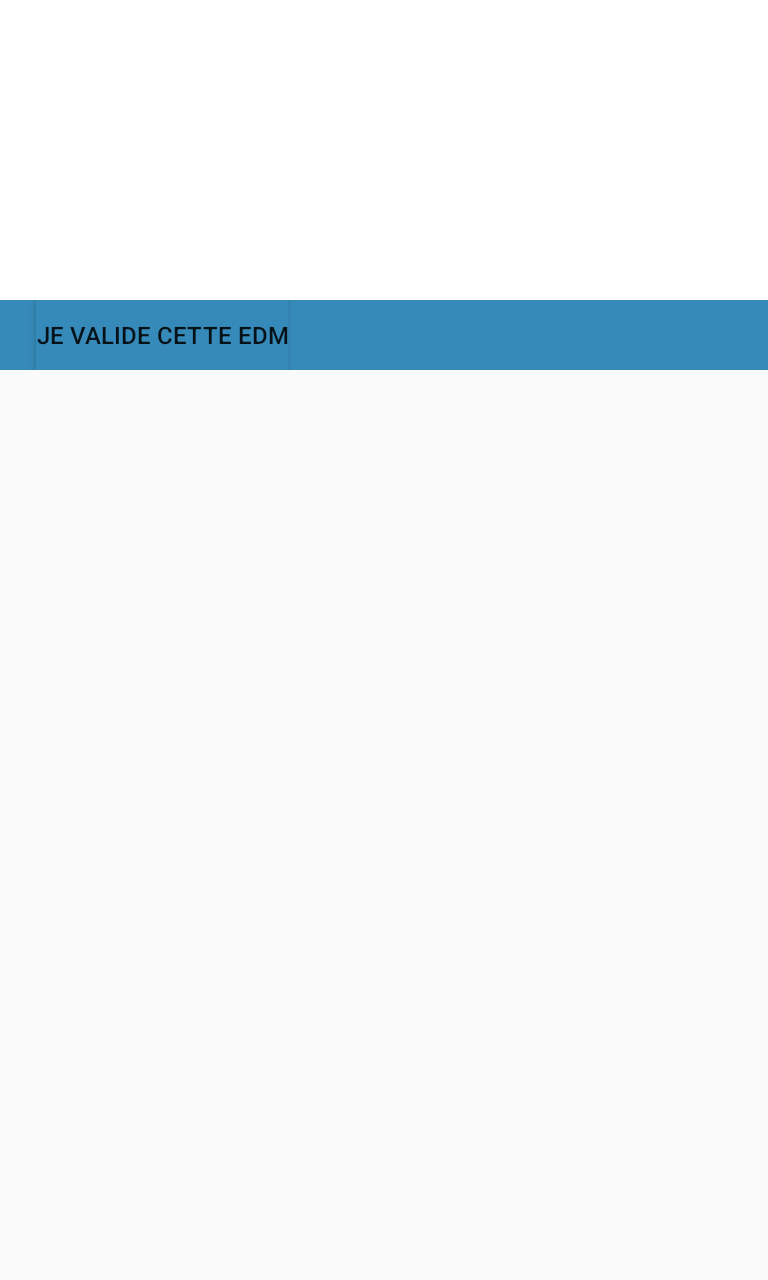
Repository: pierrealexvezinet/excusedemerde
Layout: edm/res/layout/edm_textview_layout.xml
An editor plug-in stored every save of this project. The layout is shown before and after the next save, followed by the edit.
It is drawn on a 768 x 1280 px phone screen (xhdpi) without system bars, with theme Theme.AppCompat.Light; the app's code is not run.

Above is the layout before, as saved 2014-02-23 02:39:39.

### edm/res/layout/edm_textview_layout.xml
<?xml version="1.0" encoding="utf-8"?>
<LinearLayout xmlns:android="http://schemas.android.com/apk/res/android"
    android:id="@+id/edm_accueil_llt"
    android:layout_width="match_parent"
    android:layout_height="match_parent"
    android:orientation="vertical" >

    <RelativeLayout
        android:layout_width="match_parent"
        android:layout_height="150dp"
        android:background="@color/edm_blue_dark_background"
        android:orientation="vertical" >

        <TextView
            android:id="@+id/tv_edm_post"
            android:layout_width="match_parent"
            android:layout_height="match_parent"
            android:background="#FFFFFF"
            android:gravity="center_vertical"
            android:minHeight="?android:attr/listPreferredItemHeight"
            android:paddingLeft="6dip"
            android:textAppearance="?android:attr/textAppearanceLarge"
            android:textColor="#000000"
            android:textSize="12sp" />


         <TextView
            android:id="@+id/tv_edm_nb_like"
            android:layout_width="match_parent"
            android:layout_height="match_parent"
            android:background="#FFFFFF"
            android:gravity="center_vertical"
            android:minHeight="?android:attr/listPreferredItemHeight"
            android:paddingLeft="6dip"
            android:textAppearance="?android:attr/textAppearanceLarge"
            android:textColor="#000000"
            android:textSize="12sp" />
    </RelativeLayout>

    <RelativeLayout
        android:layout_width="match_parent"
        android:layout_height="35dp"
        android:background="@color/btn_forum_color"
        android:orientation="vertical" >

        <RelativeLayout
            android:layout_width="match_parent"
            android:layout_height="match_parent"
            android:background="@color/edm_blue_dark_background"
            android:gravity="left" >

            <TextView
                android:id="@+id/tv_edm_post_date"
                android:layout_width="wrap_content"
                android:layout_height="fill_parent"
                android:gravity="center"
                android:minHeight="?android:attr/listPreferredItemHeight"
                android:paddingLeft="6dip"
                android:textAppearance="?android:attr/textAppearanceLarge"
                android:textColor="@color/white"
                android:textSize="12sp" />

            <TextView
                android:id="@+id/tv_edm_post_hour"
                android:layout_width="wrap_content"
                android:layout_height="fill_parent"
                android:layout_toRightOf="@id/tv_edm_post_date"
                android:gravity="center_vertical"
                android:minHeight="?android:attr/listPreferredItemHeight"
                android:paddingLeft="6dip"
                android:textAppearance="?android:attr/textAppearanceLarge"
                android:textColor="@color/white"
                android:textSize="12sp" />

            <TextView
                android:id="@+id/tv_edm_post_auteur"
                android:layout_width="wrap_content"
                android:layout_height="fill_parent"
                android:layout_toRightOf="@+id/tv_edm_post_hour"
                android:gravity="center_vertical"
                android:minHeight="?android:attr/listPreferredItemHeight"
                android:paddingLeft="6dip"
                android:textAppearance="?android:attr/textAppearanceLarge"
                android:textColor="@color/white"
                android:textSize="12sp" />

            <Button
                android:id="@+id/bt_valider_edm"
                android:layout_width="wrap_content"
                android:layout_height="wrap_content"
                android:layout_alignParentTop="true"
                android:layout_toRightOf="@+id/tv_edm_post_auteur"
                android:background="@color/edm_blue_dark_background"
                android:text="@string/text_btn_valider_edm"
                android:textSize="12sp" />
        </RelativeLayout>
    </RelativeLayout>

</LinearLayout>

### edm/res/values/colors.xml
<?xml version="1.0" encoding="utf-8"?>
<resources>

    <color name="edm_blue_background" >#AAD2E9</color>
    <color name="edm_blue_dark_background">#368ABA</color>
    <color name="btn_accueil_color">#D98E20</color>
    <color name="btn_forum_color">#97AC72</color>
    <color name="btn_shopping_color">#EA877B</color>
    <color name="btn_account_color">#D0AEC6</color>
    <color name="btn_pipotek_color">#C6CAFB</color>
    <color name="btn_parametres_color">#B877D6</color>


    <color name="bg_start">#000000</color>
    <color name="bg_end">#293436</color>
    <color name="bg_mentions_start">#529d07</color>
    <color name="bg_mentions_end">#d3ff00</color>
    <color name="bg">#FFF</color>
    <color name="bg_dialog">#adadad</color>
    <color name="catalog_titlebar_background">#60ab21</color>
    <color name="reduction_titlebar_background">#60ab21</color>
    <color name="menu_background">#FFF</color>
    <color name="menu_background_selected">#888</color>
    <color name="bg_selectedcell">#3C3A3A</color>
    <color name="bt_text">#352a26</color>
    <color name="text_info">#999999</color>
    <color name="text_green">#ADCB10</color>
    <color name="text_black">#000000</color>
    <color name="text_lightgrey">#989898</color>
    <color name="text_grey">#888888</color>
    <color name="blanc">#FFFFFF</color>
    <color name="white">#FFFFFF</color>
    <color name="debug">#33FF0000</color>
    <color name="debug2">#3300FF00</color>
    <color name="translucent_black">#AA000000</color>
    <color name="transparent">#00000000</color>
    <color name="pink">#D3007E</color>
    <color name="red">#F00</color>
    <color name="background">#88000000</color>
    <color name="pense_bete_text">#000000</color>
    <color name="my_list_parent_text">#181947</color>
    <color name="edm_green">#83af0b</color>
    <color name="edm_green_tap">#9eca32</color>
    <color name="edm_green_translucent">#CC83af0b</color>
    <color name="edm_green_translucent_tap">#CC9eca32</color>
    <color name="edm_pink">#cb0081</color>
    <color name="edm_pink_tap">#FF82C6</color>
    <color name="edm_pink_translucent">#CCcb0081</color>
    <color name="edm_pink_translucent_tap">#CCFF82C6</color>
    <color name="edm_white_translucent">#CCFFFFFF</color>
    <color name="edm_black_translucent">#CC000000</color>
    <color name="edm_grey_solid">#6f6d6d</color>
    <color name="edm_orange">#ff6c00</color>
    <color name="edm_light_orange">#ff912C</color>
    <color name="edm_white_cream">#efeae8</color>
    <color name="edm_cream_button">#f2eeec</color>
    <color name="edm_light_grey">#ccc2be</color>
    <color name="edm_black">#181947</color>
    <color name="edm_dark_grey">#a5918a</color>
    <color name="edm_dark_grey_translucent">#CCa5918a</color>
    <color name="edm_button_gray_text">#a5918a</color>
    <color name="edm_button_gray_background">#CCefeae8</color>
    <color name="edm_button_gray_deactivated_text">#efeae8</color>
    <color name="edm_button_gray_deactivated_background">#CCffffff</color>

</resources>

### edm/res/values/strings.xml
<?xml version="1.0" encoding="utf-8"?>
<resources>

    <!-- EDM GENERAL -->
    <string name="app_name">Excuse de merde</string>
    <string name="action_settings">Settings</string>
    <string name="drawer_open">Drawer ouvert</string>
    <string name="drawer_closed">Drawer fermé</string>
    <string name="ac_refresh">Refresh</string>

    <!-- EDM ALERT DIALOG PARAMETRES MES EDMS -->
    <string name="title_alert_dialog_retour_accueil">Information</string>
    <string name="button_valid_retour_accueil">Retourner à l\'accueil</string>
    <string name="message_aucunes_edms_utilisateur">Vous n\'avez pas d\'EDMs.</string>
    <string name="message_pas_connecte_voir_edms">Vous devez être connécté pour voir vos EDMs.</string>

    <!-- EDM ALERT DIALOG EDM FRAGMENT ACTIVITY CONNECTE POUR POSTER EDM -->
    <string name="title_alert_dialog_retour_to_post_edm">Attention</string>
    <string name="button_connect_me">Me connecter !</string>
    <string name="message_pas_connecte">Vous devez être connecté pour pouvoir poster des EDMs.</string>

    <!-- EDM MES EDMS -->
    <string name="app_name_mes_edms">Mes EDMs</string>

    <!-- EDM CLASSEMENT TOP TEN DES MYTHOS -->
    <string name="app_name_top_ten_des_mythos">Top 10 des mythos</string>

    <!-- EDM PROGRESS BAR -->
    <string name="chargement_en_cours">Chargement en cours</string>
    <string name="merci_de_patienter">Merci de patienter</string>

    <!-- EDM AUTHENTICATION -->
    <string name="app_name_authentication">Authentification</string>

    <!-- EDM ACCUEIL -->
    <string name="app_name_accueil">Accueil</string>

    <!-- EDM POSTER EDM -->
    <string name="app_name_poster_edm">Poster une EDM</string>
    <string name="poster_edm_bt">Poster une EDM</string>
    <string name="text_edm_to_post">Votre EDM se tape ici ...</string>
    <string name="text_edm_posted_with_succes">Votre EDM a été postée avec succès</string>
    <string name="text_btn_valider_edm">Je valide cette EDM</string>

    <!-- EDM ACCOUNT -->
    <string name="lieu_residence_user">Lieu de résidence :</string>
    <string name="civilite_user">Civilité :</string>
    <string name="date_naissance_user">Date de naissance :</string>
    <string name="visite_du_profil_user">Visite(s) du profil :</string>
    <string name="nb_commentaire_user">Commentaires :</string>
    <string name="nb_edms_user">Nombre de EDMs :</string>
    <string name="ma_photo">Ma photo :</string>
    <string name="non_renseigne">Aucun(e)</string>
    <string name="editer_profil">Editer mon profil</string>
    <string name="user_photo">user photo</string>

    <!-- EDM ROI DES MYTHOS -->
    <string name="app_name_roi_des_mythos">Roi des mythos</string>
    <string name="afficher_profil_roi_des_mythos">Afficher le profil</string>
    <string name="user_ne_souhaite_pas_partager_son_profil">Cet utilisateur n\'a pas souhaité partager les informations le concernant.</string>
    <string name="profil_user_hidden">Profil utlisateur caché</string>

    <!-- EDM EDIT ACCOUNT -->
    <string name="app_name_edition_profil">Edition profil</string>
    <string name="edit_civilite_user">Civilite</string>
    <string name="edit_date_de_naissance_user">Date de naissance</string>
    <string name="edit_ville_user">Résidence</string>
    <string name="edit_statut_user">Statut</string>
    <string name="edit_pays_user">Pays</string>
    <string name="edit_fuseau_user">user photo</string>
    <string name="edit_a_propos_user">A propos</string>
    <string name="edit_changer_photo_user">Avatar</string>
    <string name="edit_cacher_profil_user">Cacher Profil</string>
    <string name="valider_edition_edm">Valider</string>
    <string name="profil_mis_a_jour">Votre profil a correctement été mis à jour</string>

    <!-- EDM MENU DRAWER -->
    <string name="app_name_account">Mon Compte</string>
    <string name="drawer_menu_item_accueil">Accueil</string>
    <string name="drawer_menu_item_Forum">Forum</string>
    <string name="drawer_menu_item_Boutique">Boutique</string>
    <string name="drawer_menu_item_mon_compte">Mon compte</string>
    <string name="drawer_menu_item_pipotek">Pipotek</string>
    <string name="drawer_menu_item_parametres">Paramètres</string>

    <!-- EDM GENERAL -->


    <!-- EDM LOGIN -->
    <string name="pseudo_edm">Pseudo</string>
    <string name="password_edm">Mot de passe</string>
    <string name="remind_me_edm">Se souvenir de moi</string>
    <string name="connexion_edm">Connexion</string>

    <!-- EDM PARAMETRES -->
    <string name="app_name_parameters">Plus</string>
    <string name="mon_compte">MON COMPTE</string>
    <string name="forum">FORUM</string>
    <string name="boutique">BOUTIQUE</string>
    <string name="luminosite">LUMINOSITE</string>
    <string name="deconnexion">DECONNEXION</string>

    <!-- QUITTER EDM -->

    <string name="warning">Attention</string>
    <string name="quitt_edm_application">Souhaitez-vous vraiment quitter EDM ?</string>

</resources>

After the next save:
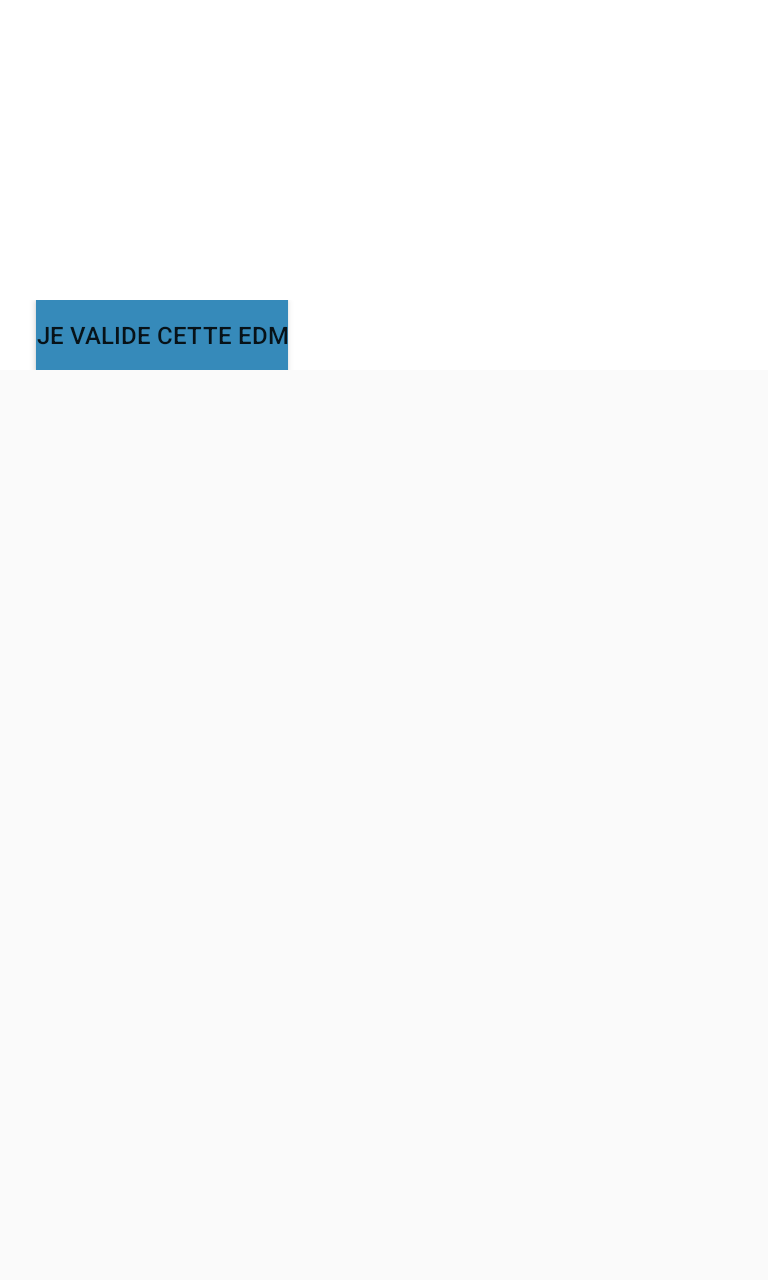
Saved 45 s later.
--- a/edm/res/layout/edm_textview_layout.xml
+++ b/edm/res/layout/edm_textview_layout.xml
@@ -23,18 +23,6 @@
             android:textColor="#000000"
             android:textSize="12sp" />
 
-
-         <TextView
-            android:id="@+id/tv_edm_nb_like"
-            android:layout_width="match_parent"
-            android:layout_height="match_parent"
-            android:background="#FFFFFF"
-            android:gravity="center_vertical"
-            android:minHeight="?android:attr/listPreferredItemHeight"
-            android:paddingLeft="6dip"
-            android:textAppearance="?android:attr/textAppearanceLarge"
-            android:textColor="#000000"
-            android:textSize="12sp" />
     </RelativeLayout>
 
     <RelativeLayout
@@ -93,6 +81,20 @@
                 android:background="@color/edm_blue_dark_background"
                 android:text="@string/text_btn_valider_edm"
                 android:textSize="12sp" />
+
+
+          <TextView
+            android:id="@+id/tv_edm_nb_like"
+            android:layout_width="match_parent"
+            android:layout_height="match_parent"
+            android:background="#FFFFFF"
+            android:gravity="center_vertical"
+            android:minHeight="?android:attr/listPreferredItemHeight"
+            android:paddingLeft="6dip"
+            android:textAppearance="?android:attr/textAppearanceLarge"
+            android:textColor="#000000"
+            android:textSize="12sp" />
+
         </RelativeLayout>
     </RelativeLayout>
 

After the 2 saves that followed:
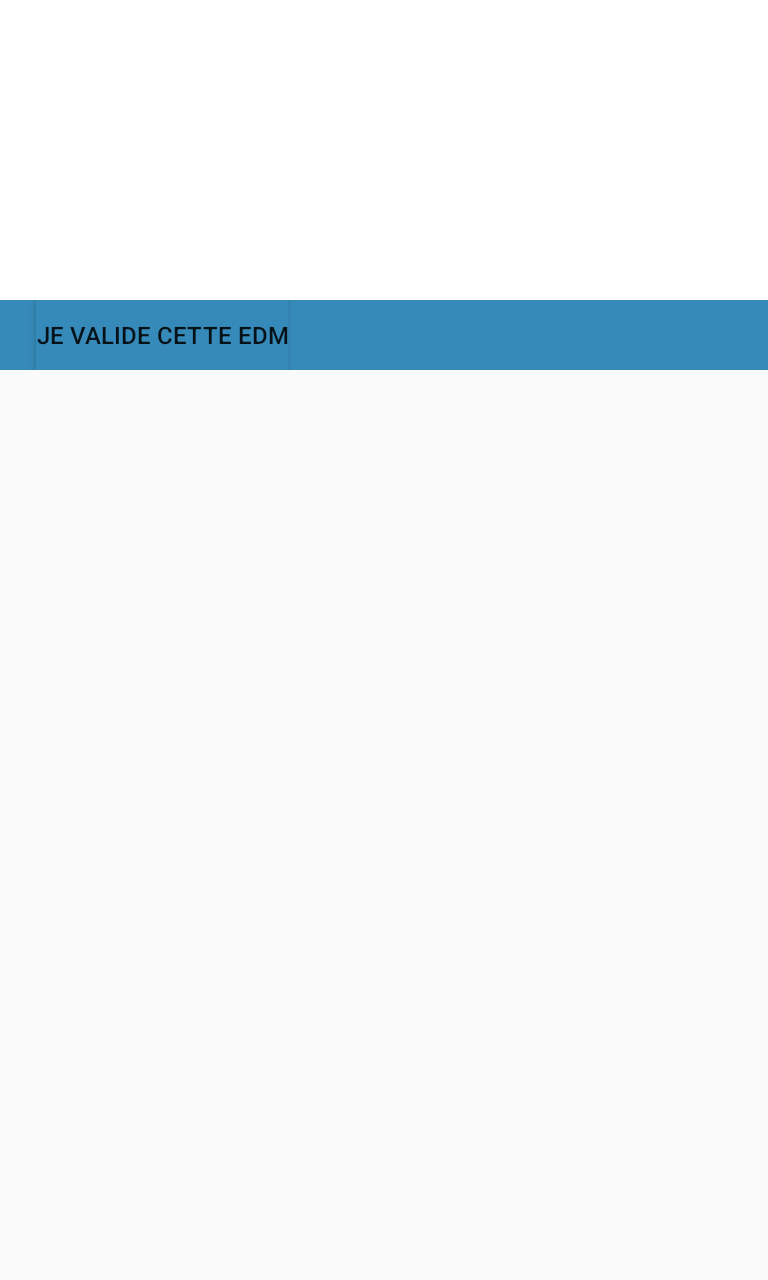
The 2 saves are shown as one change because 1 did not build or start.
The last was saved 65 s later.
--- a/edm/res/layout/edm_textview_layout.xml
+++ b/edm/res/layout/edm_textview_layout.xml
@@ -22,7 +22,6 @@
             android:textAppearance="?android:attr/textAppearanceLarge"
             android:textColor="#000000"
             android:textSize="12sp" />
-
     </RelativeLayout>
 
     <RelativeLayout
@@ -82,19 +81,15 @@
                 android:text="@string/text_btn_valider_edm"
                 android:textSize="12sp" />
 
-
-          <TextView
-            android:id="@+id/tv_edm_nb_like"
-            android:layout_width="match_parent"
-            android:layout_height="match_parent"
-            android:background="#FFFFFF"
-            android:gravity="center_vertical"
-            android:minHeight="?android:attr/listPreferredItemHeight"
-            android:paddingLeft="6dip"
-            android:textAppearance="?android:attr/textAppearanceLarge"
-            android:textColor="#000000"
-            android:textSize="12sp" />
-
+            <TextView
+                android:id="@+id/tv_edm_nb_like"
+                android:layout_width="wrap_content"
+                android:layout_height="wrap_content"
+                android:layout_alignParentTop="true"
+                android:layout_toRightOf="@+id/tv_edm_post_auteur"
+                android:background="@color/edm_blue_dark_background"
+                android:text="5 votes"
+                android:textSize="12sp" />
         </RelativeLayout>
     </RelativeLayout>
 
